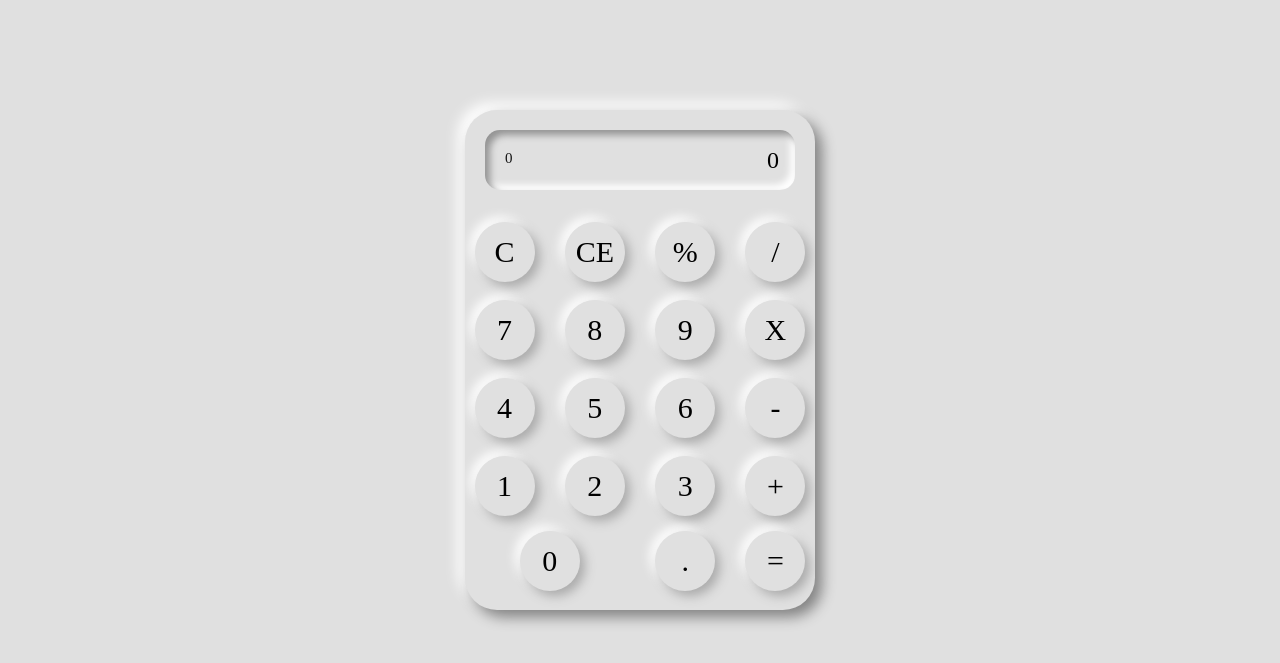
Repository: Goldmyn/Calculator
Page: index.html
The author's editor kept a copy of each file at every save. The page is drawn from the files as they stood at one save, then again after the next save.
The browser window is 1280 px wide. The pictures show the whole page.

Above is the page before, as saved 2022-09-28 02:29:00.

### index.html
<!DOCTYPE html>
<html lang="en">
<head>
    <meta charset="UTF-8">
    <meta http-equiv="X-UA-Compatible" content="IE=edge">
    <meta name="viewport" content="width=device-width, initial-scale=1.0">
    <title>Calculator</title>
    <link rel="stylesheet" href="index.css">
</head>
<body>
    <header>

    </header>

    <section>
        <div class="container">
            <div class="calculator">
                <div class="display">
                    <div class="display_a">0</div>
                    <div class="border"> <div class="display-2">0</div> </div>
                </div>
                <div class="all_buttons">
                    <div class="button all_clear">C</div>
                    <div class="button last_entity_clear">CE</div>
                    <div class="button operation">%</div>
                    <div class="button operation">/</div>
                    <div class="button number">7</div>
                    <div class="button number">8</div>
                    <div class="button number">9</div>
                    <div class="button operation">X</div>
                    <div class="button number">4</div>
                    <div class="button number">5</div>
                    <div class="button number">6</div>
                    <div class="button operation">-</div>
                    <div class="button number">1</div>
                    <div class="button number">2</div>
                    <div class="button number">3</div>
                    <div class="button operation">+</div>
                    <div class="button btn-0 number">0</div>
                    <div class="button number dot">.</div>
                    <div class="button equal">=</div>
                </div>
            </div>
        </div>
    </section>
</body>
</html>

### index.css
* {
    padding: 0;
    margin: 0;
    box-sizing: border-box;
}
html {
    font-family: 'Gill Sans', 'Gill Sans MT', Calibri, 'Trebuchet MS', sans-serif';
}

section {
    background-color: #e0e0e0;
    min-height: 100vh;
    width: 100%;
    display: flex;
    align-items: center;
    justify-content: center;
}

.container {
    background-color: #e0e0e0;
    width: 90%;
    height: 500px;
    max-width: 350px;
    border-radius: 32px;
    background: #e0e0e0;
    box-shadow: 7px 7px 14px #828282, -7px -7px 14px #ffffff;
    overflow: hidden;
}

.display {
    height: 100px;
    width: 100%;
    text-align: right;
    padding: 20px;
    font-size: 30px;
    position: relative;
}

.display_a  {
    opacity: 0.9;
    font-size: 15px;
    height: 20px;
    overflow: hidden;
    position: absolute;
    bottom: 40px;
    left: 40px;
}

.border {
    background-color: aqua;
    height: 60px;
    width: 100%;
    padding-right: 1rem;
    display: flex;
    align-items: center;
    justify-content: flex-end;
    border-radius: 15px;
    background: #e0e0e0;
    font-size: 24px;
    box-shadow: inset 5px 5px 7px #949494 , inset -5px -5px 7px #ffffff;
}

.all_buttons {
    color: rgb(0, 0, 0);
    display: grid;
    grid-template:
        repeat(4, minmax(67px, 1fr))
        / repeat(4, minmax(50px, 1fr));
    gap: 0.7rem;
    transform: translateY(0.5rem);
    place-items: center;
}

.button {
    display: inline-block;
    height: 60px;
    width: 60px;
    display: flex;
    align-items: center;
    justify-content: center;
    font-size: 30px;
    cursor: pointer;
    border-radius: 100px;
    background: #e0e0e0;
    box-shadow: 5px 5px 11px #aaaaaa ,  -5px -5px 11px #ffffff;
}

.button:hover {
    background-color: rgb(30, 43, 46);
    color: white;
}

.btn-0 {
    grid-column: 1/3;
}

After the next save:
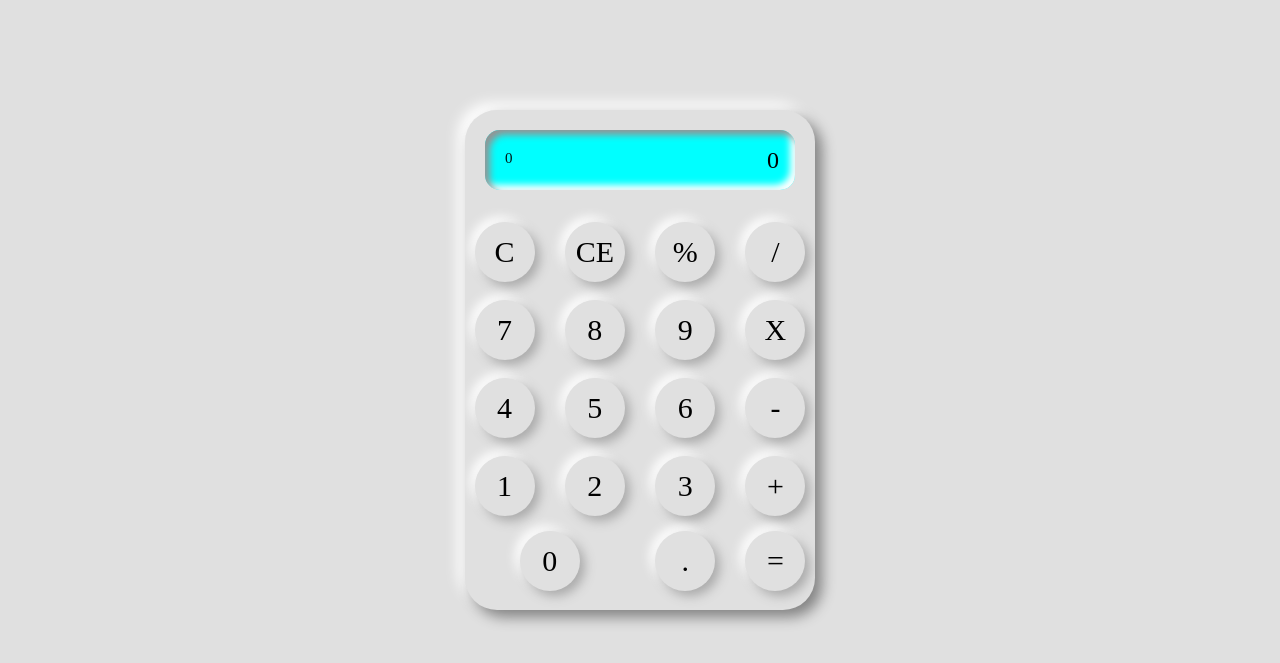
Saved 40 s later.
--- a/index.css
+++ b/index.css
@@ -55,7 +55,7 @@
     align-items: center;
     justify-content: flex-end;
     border-radius: 15px;
-    background: #e0e0e0;
+
     font-size: 24px;
     box-shadow: inset 5px 5px 7px #949494 , inset -5px -5px 7px #ffffff;
 }

After the save that followed:
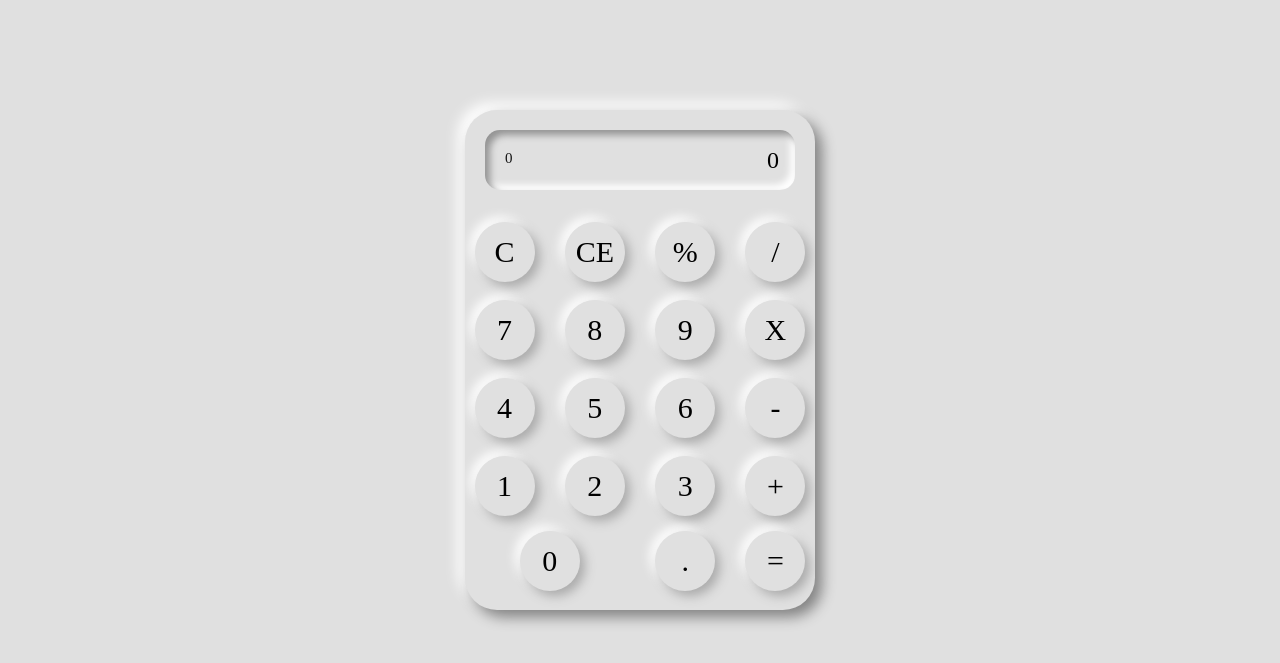
Saved 37 s later.
--- a/index.css
+++ b/index.css
@@ -55,7 +55,7 @@
     align-items: center;
     justify-content: flex-end;
     border-radius: 15px;
-
+    background: #e0e0e0;
     font-size: 24px;
     box-shadow: inset 5px 5px 7px #949494 , inset -5px -5px 7px #ffffff;
 }
